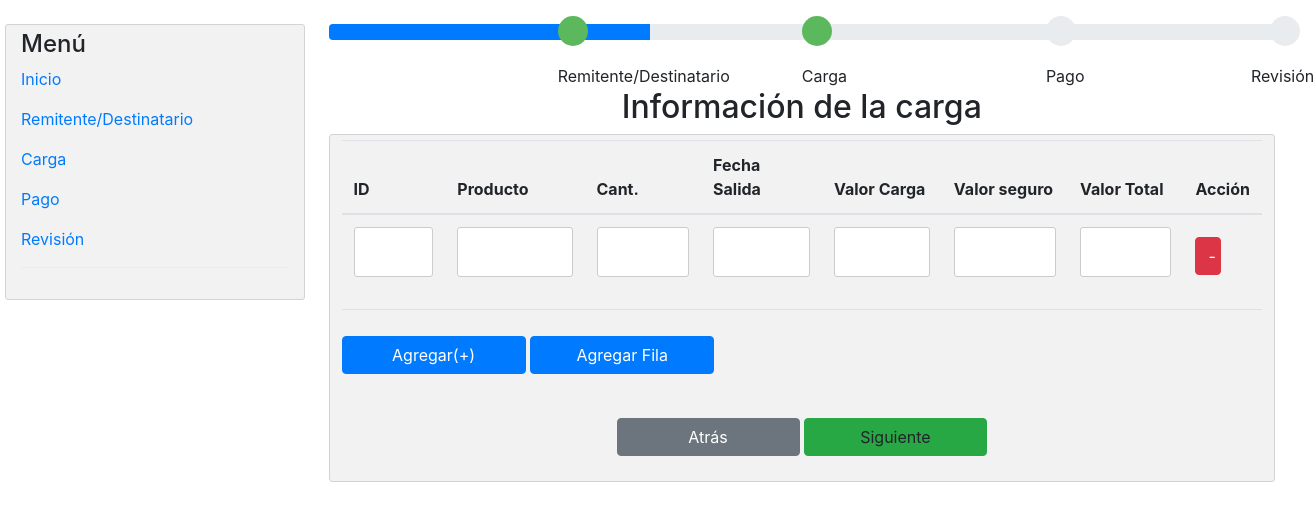
Repository: SennovaFluvial/Trasnfluvial
Page: appFluvial/templates/card1carga.html
These files come from the project's save history. The page is drawn as it stood at one moment and after the next save; the edit follows.
The browser window is 1280 px wide. The page is 1314 px wide, so the pictures cover 1314 px, including what lies to the right of the window. The pictures show the whole page.
The template is drawn by Django 3.2. The application's start-up code is not run. Other server files are loaded and not shown. The template is opened directly, without the code that normally fills it, so the values that code supplies are empty.

Above is the page before, as saved 2023-10-19 23:55:48.

### appFluvial/templates/card1carga.html
<!DOCTYPE html>
<html>
<head>
<meta name="viewport" content="width=device-width, initial-scale=1">
<!--link rel="stylesheet" href="https://cdnjs.cloudflare.com/ajax/libs/font-awesome/4.7.0/css/font-awesome.min.css"-->
<style>
body {
  font-family: Arial;
  font-size: 17px;
  padding: 8px;
}

* {
  box-sizing: border-box;
}

.row {
  display: -ms-flexbox; /* IE10 */
  display: flex;
  -ms-flex-wrap: wrap; /* IE10 */
  flex-wrap: wrap;
  margin: 0 -16px;
}

.col-25 {
  -ms-flex: 25%; /* IE10 */
  flex: 25%;
}

.col-50 {
  -ms-flex: 50%; /* IE10 */
  flex: 50%;
}

.col-75 {
  -ms-flex: 75%; /* IE10 */
  flex: 75%;
}

.col-25,
.col-50,
.col-75 {
  padding: 0 16px;
}

.container {
  background-color: #f2f2f2;
  padding: 5px 20px 15px 20px;
  border: 1px solid lightgrey;
  border-radius: 3px;
}

input[type=text], select {
  width: 100%;
  margin-bottom: 20px;
  padding: 12px;
  border: 1px solid #ccc;
  border-radius: 3px;
}

input[type=submit] {
  background-color: #04AA6D;
  color: white;
  padding: 12px 20px;
  border: none;
  border-radius: 4px;
  cursor: pointer;
}

input[type=submit]:hover {
  background-color: #45a049;
}

label {
  margin-bottom: 10px;
  display: block;
}

.icon-container {
  margin-bottom: 20px;
  padding: 7px 0;
  font-size: 24px;
}

.btn {
  background-color: #04AA6D;
  color: white;
  padding: 12px;
  margin: 10px 0;
  border: none;
  width: 20%;
  border-radius: 3px;
  cursor: pointer;
  font-size: 17px;
}

.btn:hover {
  background-color: #45a049;
}

a {
  color: #2196F3;
}

hr {
  border: 1px solid lightgrey;
}

span.price {
  float: right;
  color: grey;
}


@media (max-width: 800px) {
  .row {
    flex-direction: column-reverse;
  }
  .col-25 {
    margin-bottom: 20px;
  }
}

</style>
<style>
  .one, .two, .three, .four{
    position:absolute;
    margin-top: -8px;
    z-index:1;
    height:30px;
    width:30px;
    border-radius:20px;
}
.one{
	left:25%;
}
.two{
	left:50%;
}
.three{
	left:75%;
}
.four{
	left:98%;
}
.primary-color{
	background-color:#4989bd;
}
.success-color{
	background-color:#5cb85c;
}
.info-color{
	background-color:#5bc0de;
}
.no-color{
	background-color:inherit;
}

</style>

<script src="https://ajax.googleapis.com/ajax/libs/jquery/3.5.1/jquery.min.js"></script>

<script>
  function addRow() {

      var producto = document.getElementById('producto').value;
      var cant = document.getElementById('cant').value;
      var fechasal = document.getElementById('fechasal').value;
      var valorca = document.getElementById('valorca').value;
      var valorse = document.getElementById('valorse').value;
      var valorto = document.getElementById('valorto').value;
      var table = document.getElementById("myTable");

      var row = table.insertRow(-1);
      var cell1 = row.insertCell(0);
      var cell2 = row.insertCell(1);
      var cell3 = row.insertCell(2);
      var cell4 = row.insertCell(3);
      var cell5 = row.insertCell(4);
      var cell6 = row.insertCell(5);
      var cell7 = row.insertCell(6);
      var cell8 = row.insertCell(7);
      cell1.innerHTML = "<input type='text' name='id' class='form-control'>";
      cell2.innerHTML = producto;
      cell3.innerHTML = cant;
      cell4.innerHTML = fechasal;
      cell5.innerHTML = valorca;
      cell6.innerHTML = valorse;
      cell7.innerHTML = valorto;
      cell8.innerHTML = "<button type='button' class='btn btn-danger' onclick='deleteRow(this)'>Eliminar</button>";


      $('#myModal').modal('hide');
  }

  function deleteRow(btn) {
      var row = btn.parentNode.parentNode;
      row.parentNode.removeChild(row);
  }
</script>

<link rel="stylesheet" href="https://cdn.jsdelivr.net/npm/bootstrap@5.2.3/dist/css/bootstrap.min.css" integrity="sha384-rbsA2VBKQhggwzxH7pPCaAqO46MgnOM80zW1RWuH61DGLwZJEdK2Kadq2F9CUG65" crossorigin="anonymous">
<script src="https://cdn.jsdelivr.net/npm/bootstrap@5.2.3/dist/js/bootstrap.min.js" integrity="sha384-cuYeSxntonz0PPNlHhBs68uyIAVpIIOZZ5JqeqvYYIcEL727kskC66kF92t6Xl2V" crossorigin="anonymous"></script>
<link rel="stylesheet" href="https://maxcdn.bootstrapcdn.com/bootstrap/4.0.0/css/bootstrap.min.css">
</head>
<body>

<p></p>
<div class="row">

  <div class="col-25">

    <div class="container">
      <h4>Menú <span class="price" style="color:black"><i class="fa fa-shopping-cart"></i> <b></b></span></h4>
      <p><a href="../../">Inicio</a> <span class="price"> </span></p>
      <p><a href="../../card/1/remitente">Remitente/Destinatario</a> <span class="price">  </span></p>
      <p><a href="../../card/1/carga">Carga</a> <span class="price"> </span></p>
      <p><a href="../../card/1/pago">Pago</a> <span class="price"> </span></p>
      <p><a href="../../card/1/revision">Revisión</a> <span class="price"> </span></p>
      <hr>
    </div>
  </div>


  <div class="col-75">
    <!--  ****************************************BEGIN************************************************ -->
    <div class="container_">
      <div class="row"><br />
        <div class="col-md-12">
        <div class="progress">
            <div class="one success-color"></div>
            <div class="two success-color"></div>
            <div class="three no-color"></div>
            <div class="four no-color"></div>
            <div class="progress-bar progress-bar-success" style="width: 34%"></div>
        </div>
        <br>
        <label for="one" style="position: absolute; top: 30px; left: 25%; z-index: 1; margin-top: 10px;">Remitente/Destinatario</label>
        <label for="two" style="position: absolute; top: 30px; left: 50%; z-index: 1; margin-top: 10px;">Carga</label>
        <label for="three" style="position: absolute; top: 30px; left: 75%; z-index: 1; margin-top: 10px;">Pago</label>
        <label for="four" style="position: absolute; top: 30px; left: 96%; z-index: 1; margin-top: 10px;">Revisión</label>

      </div>
      </div>
    </div>
    <br>
    <!-- -*****************************************END**********************************************-->
    <div class="text-center">
    <h2>Información de la carga</h2>
    </div>

    <div class="container">
      <form method="post">
        {% csrf_token %}
        <div class="row">
          <div class="col-50">
            <!-- Modal -->
            <div class="modal fade" id="exampleModal" tabindex="-1" aria-labelledby="exampleModalLabel" aria-hidden="true">
              <div class="modal-dialog">
                <div class="modal-content">
                  <div class="modal-header">
                      <h4 class="modal-title">Agregar carga</h4>
                    <button type="button" class="btn-close" data-bs-dismiss="modal" aria-label="Close"></button>
                  </div>
                  <div class="modal-body">
                    ***
                    <div class="form-group">
                        <label for="name">Nombre:</label>
                        <input type="text" class="form-control" id="name">
                    </div>
                    <div class="form-group">
                        <label for="age">Edad:</label>
                        <input type="text" class="form-control" id="age">
                    </div>
                    ****
                  </div>
                  <div class="modal-footer">
                    <button type="button" class="btn btn-secondary" data-bs-dismiss="modal">Close</button>
                    <button type="button" class="btn btn-primary">Save changes</button>
                  </div>
                </div>
              </div>
            </div>



            <table class="table">
              <thead>
                <tr>
                  <th>ID</th>
                  <th>Producto</th>
                  <th>Cant.</th>
                  <th>Fecha Salida</th>
                  <th>Valor Carga</th>
                  <th>Valor seguro</th>
                  <th>Valor Total</th>
                  <th>Acción</th>
                </tr>
              </thead>
              <tbody id="myTable">
                <tr>
                  <td><input type="text" name="id" id="id"></td>
                  <td><input type="text" name="producto" id="producto"></td>
                  <td><input type="text" name="cant" id="cant"></td>
                  <td><input type="text" name="fechasal" id="fechasal"></td>
                  <td><input type="text" name="valorca" id="valorca"></td>
                  <td><input type="text" name="valorse" id="valorse"></td>
                  <td><input type="text" name="valorto" id="valorto"></td>
                  <td><button type="button"  class="btn btn-danger" onclick="deleteRow(this)">-</button></td>
                </tr>
              </tbody>
            </table>


            <button type="button" class="btn btn-primary" data-bs-toggle="modal" data-bs-target="#exampleModal">
              Agregar(+)
            </button>
            <!--a type="button"  class="btn btn-success" onclick="addRow()">Agregar+</!--a-->
            <button type="button" class="btn btn-primary" data-toggle="modal" data-target="#myModal">Agregar Fila</button>

          </div>
        </div>
        <br>
        <div class="text-center">
        <a href="javascript:history.back()" class="btn btn-secondary">Atrás</a>
        <a type="submit" value="Siguiente" class="btn btn-success"> Siguiente</a>
        </div>
      </form>
    </div>
  </div>
</div>




</body>
</html>

After the next save:
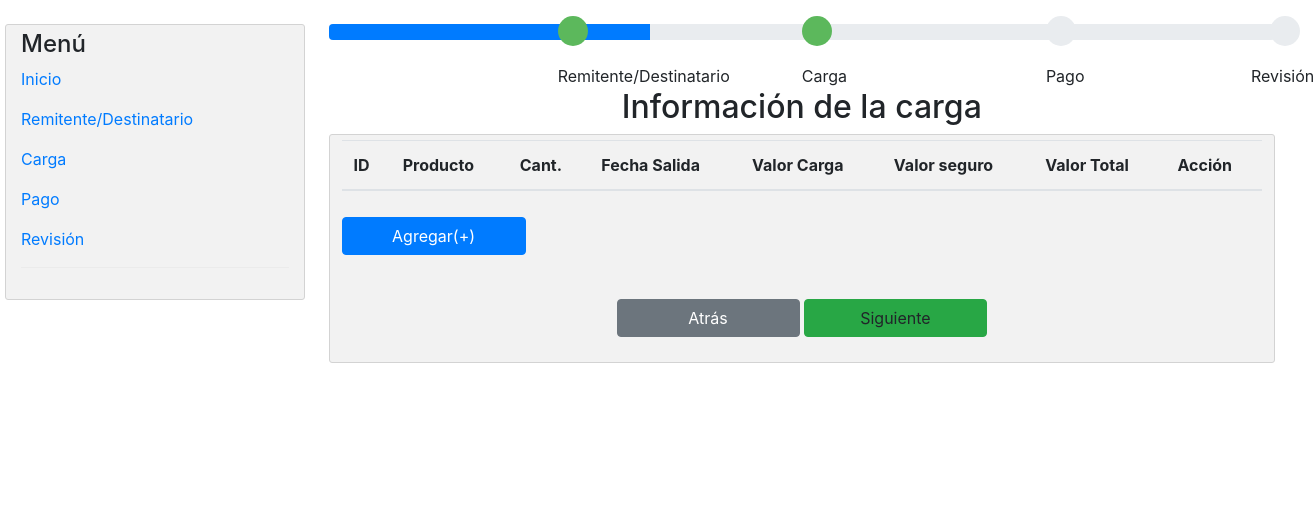
Saved 20 min 33 s later.
--- a/appFluvial/templates/card1carga.html
+++ b/appFluvial/templates/card1carga.html
@@ -264,19 +264,97 @@ span.price {
                   </div>
                   <div class="modal-body">
                     ***
-                    <div class="form-group">
-                        <label for="name">Nombre:</label>
-                        <input type="text" class="form-control" id="name">
+                    <div class="row">
+                      <div class="form-group">
+                          <label for="idcarga">Nro Guia:</label>
+                          <input type="text" class="form-control" id="idcarga" disabled>
+                      </div>
+                      <div class="form-group">
+                        <label for="ciudadcarga">Ciudad de carga:</label>
+                        <input type="text" class="form-control" id="ciudadcarga">
+                      </div>
+                      <div class="form-group">
+                          <label for="departamentocarga">Departamento carga:</label>
+                          <input type="text" class="form-control" id="departamentocarga">
+                      </div>
+                      <div class="form-group">
+                          <label for="embarcacion">Embarcacion:</label>
+                          <input type="text" class="form-control" id="embarcacion">
+                      </div>
+                      <div class="form-group">
+                          <label for="capitan">Capitán:</label>
+                          <input type="text" class="form-control" id="capitan">
+                      </div>
                     </div>
-                    <div class="form-group">
-                        <label for="age">Edad:</label>
-                        <input type="text" class="form-control" id="age">
+
+                    <div class="row">
+                      <div class="form-group">
+                          <label for="tipocarga">Tipo carga:</label>
+                          <input type="text" class="form-control" id="tipocarga" disabled>
+                      </div>
+                      <div class="form-group">
+                        <label for="cantidadcarga">Cantidad:</label>
+                        <input type="text" class="form-control" id="cantidadcarga">
+                      </div>
+                      <div class="form-group">
+                          <label for="unidadmedida">Ud. medida:</label>
+                          <input type="text" class="form-control" id="unidadmedida">
+                      </div>
+                      <div class="form-group">
+                          <label for="volumencarga">Volumen:</label>
+                          <input type="text" class="form-control" id="volumencarga">
+                      </div>
+                      <div class="form-group">
+                          <label for="asegurarcarga">Asegurar carga:</label>
+                          <input type="checkbox" class="form-control" id="asegurarcarga">
+                      </div>
+                    </div>
+
+
+                    <div class="row">
+                      <div class="form-group">
+                          <label for="fecharecibo">Fecha recibo:</label>
+                          <input type="date" class="form-control" id="fecharecibo" disabled>
+                      </div>
+                      <div class="form-group">
+                        <label for="fechacargue">Fecha cargue:</label>
+                        <input type="date" class="form-control" id="fechacargue">
+                      </div>
+                      <div class="form-group">
+                          <label for="fechasalida">Fecha Salida:</label>
+                          <input type="date" class="form-control" id="fechasalida">
+                      </div>
+                      <div class="form-group">
+                          <label for="categoria">Categoria:</label>
+                          <input type="text" class="form-control" id="categoria">
+                      </div>
+                      <div class="form-group">
+                          <label for="ruta">Ruta:</label>
+                          <input type="text" class="form-control" id="ruta">
+                      </div>
+                    </div>
+
+                    <div class="row">
+                      <div class="form-group col-25">
+                          <label for="costoflete">Costo Flete $:</label>
+                          <input type="text" class="form-control" id="costoflete" disabled>
+                      </div>
+                      <div class="form-group col-75">
+                        <label for="descripcion">Descripcion:</label>
+                        <input type="text" class="form-control" id="descripcion" >
+                      </div>
                     </div>
                     ****
+                    <td><input type="text" name="producto" id="producto"></td>
+                    <td><input type="text" name="cant" id="cant"></td>
+                    <td><input type="text" name="fechasal" id="fechasal"></td>
+                    <td><input type="text" name="valorca" id="valorca"></td>
+                    <td><input type="text" name="valorse" id="valorse"></td>
+                    <td><input type="text" name="valorto" id="valorto"></td>
                   </div>
                   <div class="modal-footer">
-                    <button type="button" class="btn btn-secondary" data-bs-dismiss="modal">Close</button>
-                    <button type="button" class="btn btn-primary">Save changes</button>
+                    <button type="button" class="btn btn-secondary" data-bs-dismiss="modal">Cancelar</button>
+                    <button type="button" class="btn btn-primary" onclick="addRow()">Agregar</button>
                   </div>
                 </div>
               </div>
@@ -298,7 +376,7 @@ span.price {
                 </tr>
               </thead>
               <tbody id="myTable">
-                <tr>
+                <!--tr>
                   <td><input type="text" name="id" id="id"></td>
                   <td><input type="text" name="producto" id="producto"></td>
                   <td><input type="text" name="cant" id="cant"></td>
@@ -307,7 +385,7 @@ span.price {
                   <td><input type="text" name="valorse" id="valorse"></td>
                   <td><input type="text" name="valorto" id="valorto"></td>
                   <td><button type="button"  class="btn btn-danger" onclick="deleteRow(this)">-</button></td>
-                </tr>
+                </tr-->
               </tbody>
             </table>
 
@@ -316,8 +394,6 @@ span.price {
               Agregar(+)
             </button>
             <!--a type="button"  class="btn btn-success" onclick="addRow()">Agregar+</!--a-->
-            <button type="button" class="btn btn-primary" data-toggle="modal" data-target="#myModal">Agregar Fila</button>
-
           </div>
         </div>
         <br>
